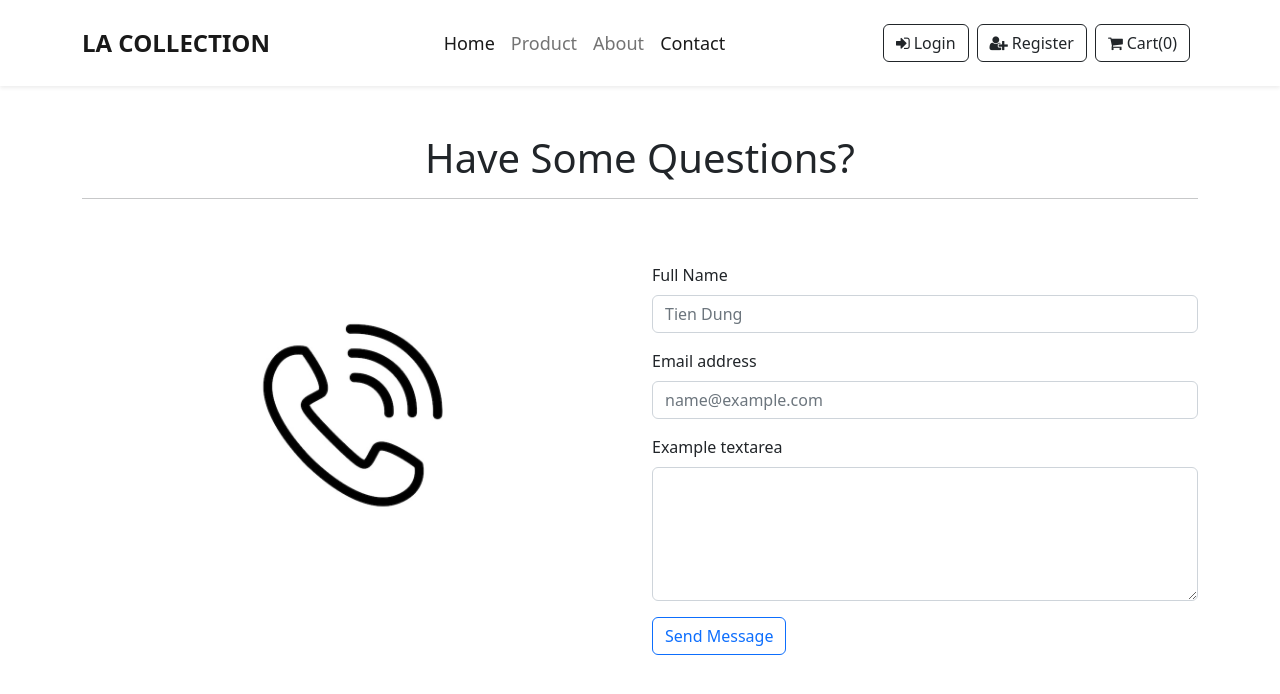
Repository: tiendungjr123/Ecommerce
Page: /contact
An editor plug-in stored every save of this project. The page is shown before and after the next save, followed by the edit.
The browser window is 1280 px wide. The pictures show the whole page.
The project was rebuilt for these pictures with package versions that can differ from the ones it lists, and the page was loaded fresh each time. Also part of the build but not shown: src/components/Products.jsx, src/components/Home.jsx, src/redux/action/index.js, src/components/ProductDetail.jsx, src/components/About.jsx, src/components/Cart.jsx, src/components/Checkout.jsx.

Above is the page before, as saved 2022-10-04 13:34:34.

After the next save:
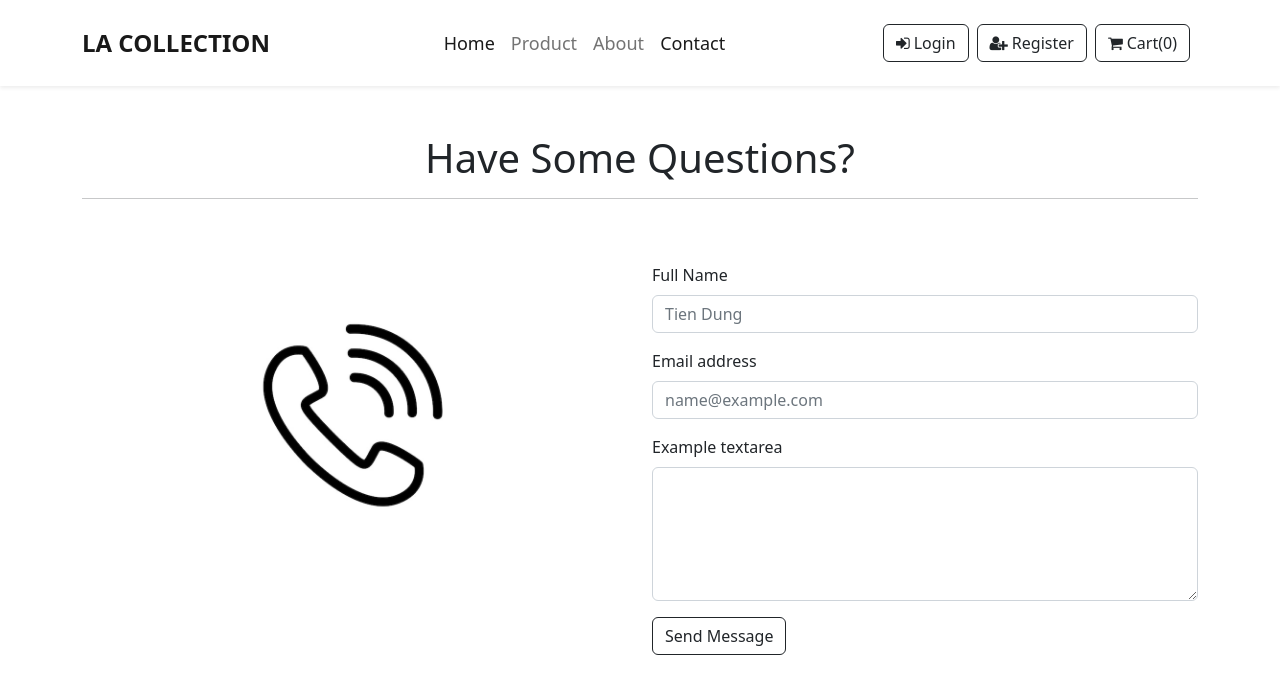
Saved 59 s later.
--- a/src/components/Contact.jsx
+++ b/src/components/Contact.jsx
@@ -28,7 +28,7 @@ const Contact = () => {
                         <label for="exampleFormControlTextarea1" class="form-label">Example textarea</label>
                         <textarea class="form-control" id="exampleFormControlTextarea1" rows="5"></textarea>
                      </div>
-                     <button type='submit' className='btn btn-outline-primary'>Send Message</button>
+                     <button type='submit' className='btn btn-outline-dark'>Send Message</button>
                   </form>
                </div>
             </div>
